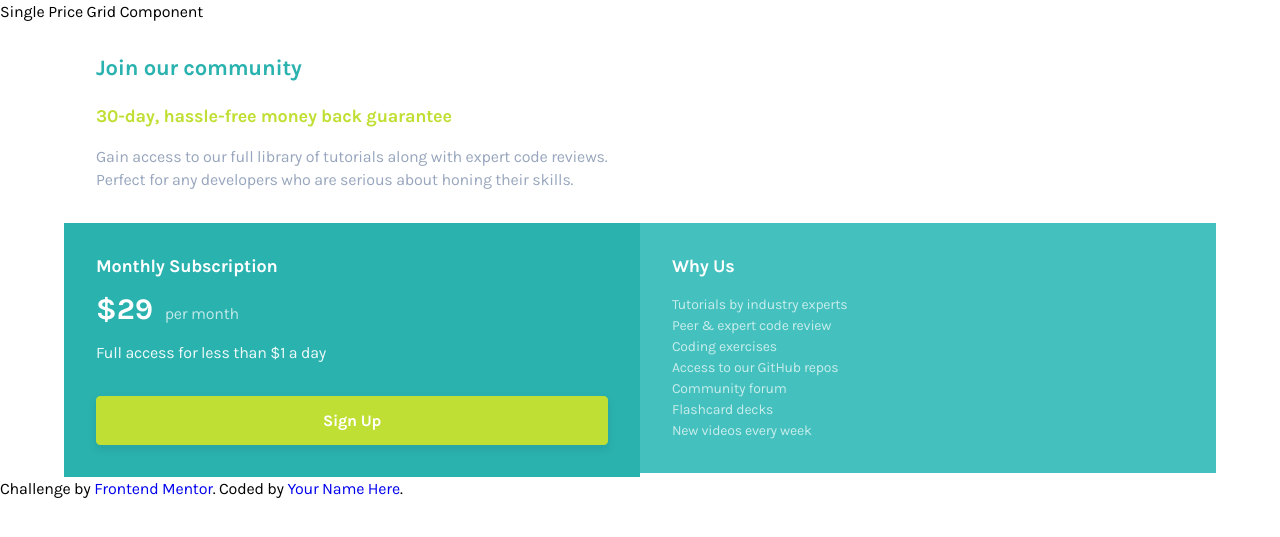
Repository: bangjuyoung/bangjuyoung
Page: practice/frontend-mentor/single-price-grid-component/index.html
These files come from the project's save history. The page is drawn as it stood at one moment and after the next save; the edit follows.
The browser window is 1280 px wide. The pictures show the whole page.

Above is the page before, as saved 2019-06-16 14:51:35.

After the next save:
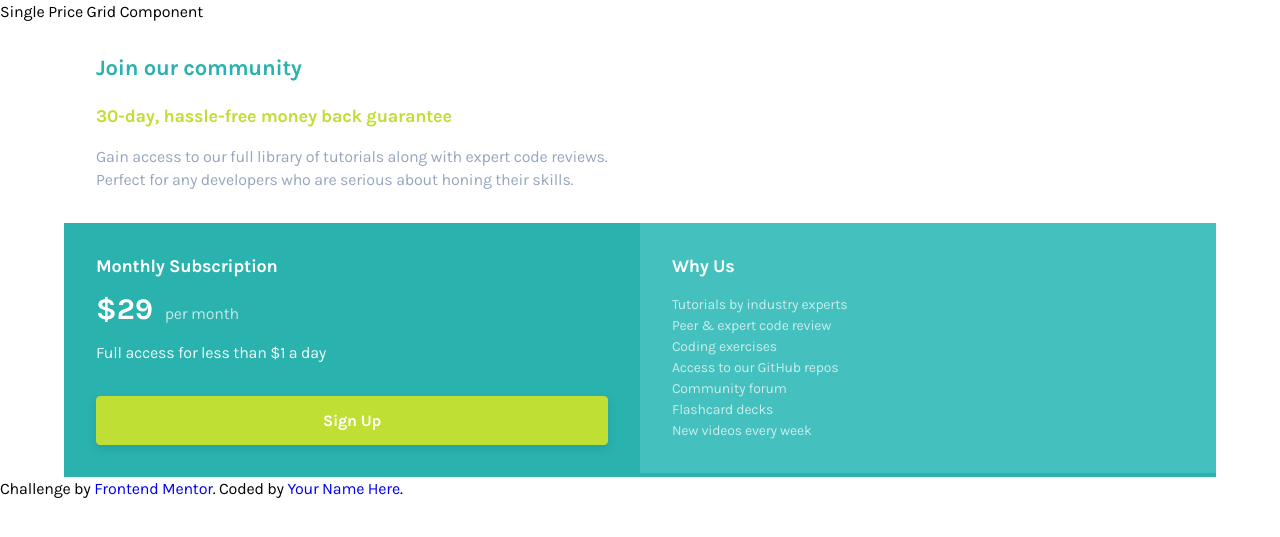
Saved 89 s later.
--- a/practice/frontend-mentor/single-price-grid-component/index.html
+++ b/practice/frontend-mentor/single-price-grid-component/index.html
@@ -27,8 +27,8 @@
         </section>
       </div>
 
-      <div class="single-price__secondary">
-        <section class="theme-primary single-price single-price2">
+      <div class="theme-primary single-price__secondary">
+        <section class="single-price single-price2">
           <div class="single-price__body">
             <h3 class="text-white single-price__subtitle">Monthly Subscription</h3>
             <div class="single-price__divider">
